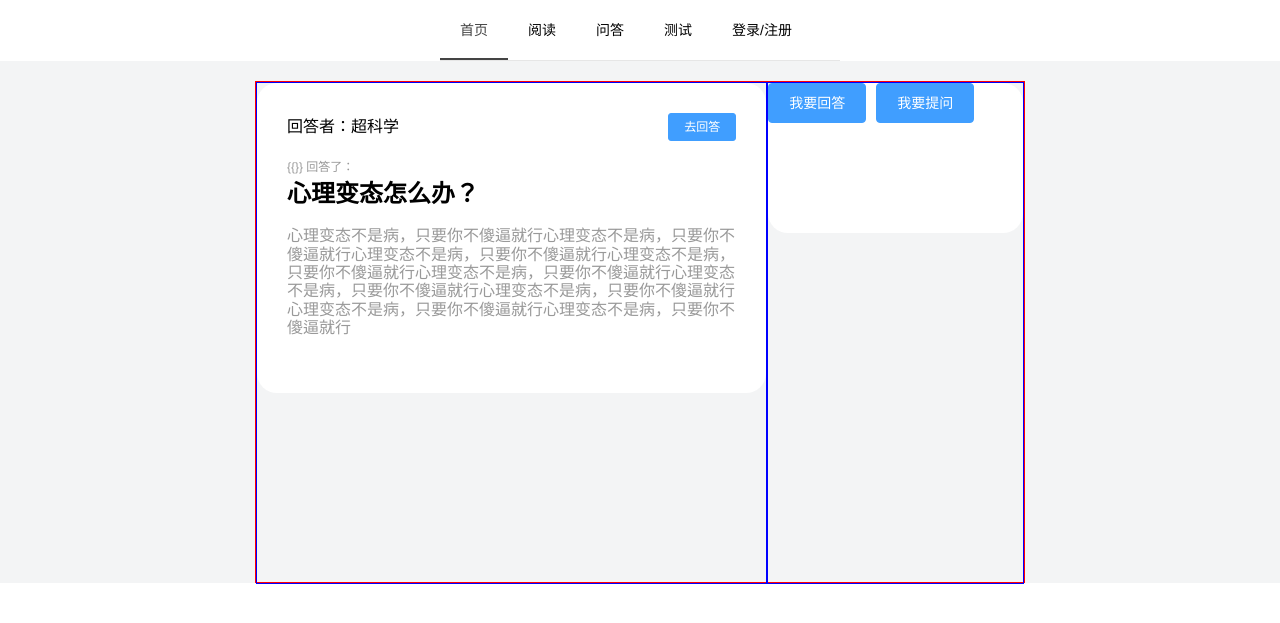
Repository: shengligo/xyx_vue_v1
Page: /qs
An editor plug-in stored every save of this project. The page is shown before and after the next save, followed by the edit.
The browser window is 1280 px wide. The pictures show the whole page.
The project was rebuilt for these pictures with package versions that can differ from the ones it lists, and the page was loaded fresh each time. Also part of the build but not shown: vue.config.js, src/views/home/childComps/Art.vue, src/views/author/authors.vue.

Above is the page before, as saved 2021-09-04 16:18:05.

### public/index.html
<!DOCTYPE html>
<html lang="">
  <head>
    <meta charset="utf-8">
    <meta http-equiv="X-UA-Compatible" content="IE=edge">
    <meta name="viewport" content="width=device-width,initial-scale=1.0">
    <link rel="icon" href="<%= BASE_URL %>favicon.ico">
    <title>project0000001</title>
  </head>
  <body>
    <noscript>
      <strong>We're sorry but <%= htmlWebpackPlugin.options.title %> doesn't work properly without JavaScript enabled. Please enable it to continue.</strong>
    </noscript>
    <div id="app"></div>
    <!-- built files will be auto injected -->
  </body>
</html>

### src/main.js
import Vue from 'vue'
import App from './App.vue'
import router from './router'
import store from './store'
import 'element-ui/lib/theme-chalk/index.css';
import axios from "axios";
axios.defaults.baseURL = "/api"; // http://10.1.2.85:8091/essay
axios.defaults.headers.common["Content-Type"] ="application/json;charset=UTF-8";
axios.defaults.withCredentials = true // 表示跨域请求时是否需要使用凭证
Vue.prototype.$ajax = axios;
import ElementUI from 'element-ui'

Vue.config.productionTip = false
Vue.use(ElementUI)

new Vue({
  router,
  store,
  render: h => h(App)
}).$mount('#app')

### src/App.vue
<template>
  <div id="app">
    <nav-bar ></nav-bar>
    <!-- <carousel></carousel> -->
    <!-- <art></art> -->


    <router-view></router-view>

  </div>
</template>
<script>

import NavBar from './components/common/NavBar'
import Art from '@/views/home/childComps/Art'
// import Carousel from '@/components/common/Carousel'


export default {
  name: "app",
  components:{
    NavBar,
    Art,




  }
};
</script>



<style>
@import url('assets/css/normalize.css');
#app{
  font-family: "Helvetica Neue",Helvetica,"PingFang SC","Hiragino Sans GB","Microsoft YaHei","微软雅黑",Arial,sans-serif;
}



</style>

### src/router/index.js

import Vue from 'vue'
import VueRouter from 'vue-router'
import Auther from '../views/author/authors.vue'

const Home = () => import('../views/home/Home')

const Question = () => import('../views/questions/Question')
const Read = () => import('../views/read/Read')
const Test = () => import('../views/testing/Test')
const Login = () => import('../components/common/login/Login')
const originalPush = VueRouter.prototype.push

VueRouter.prototype.push = function push(location) {
  return originalPush.call(this, location).catch(err => err)
}
// fksdljfkjdsjflsdjlfja
Vue.use(VueRouter)

const routes = [
  {
    path: '/',
    name: 'Home',
    component: Home
  },
  {
    path: '/auther',
    component: Auther
  },
  // {
  //   path: '/home',
  //   name: 'Home',
  //   component: Home
  // },

  {
    path:'/qs',
    name:'Qs',
    component:Question
  },
  {
    path:'/read',
    name:'Read',
    component:Read
  },
  {
    path:'/test',
    name:'Test',
    component:Test
  },
  {
    path:'/login',
    name:'Login',
    component:Login
  }
]

const router = new VueRouter({
  mode: 'history',
  base: process.env.BASE_URL,
  routes
})

export default router

### src/store/index.js
import Vue from 'vue'
import Vuex from 'vuex'

Vue.use(Vuex)

export default new Vuex.Store({
  state: {
    activeIndex:'1',
    baceUrl: 'http://10.1.2.85:8091/'
  },
  mutations: {
    ChangeActive (state,index) {
      // console.log(state,index)
      state.activeIndex = index
    }
  },
  actions: {
  },
  modules: {
  }
})

### src/components/common/NavBar.vue
<template>
  <div>
     <div class="nav">

       <el-menu
          :default-active="$store.state.activeIndex"
          class="el-menu-demo"
          mode="horizontal"
          text-color="#000000"
          active-text-color="#444444"
        >
          <el-menu-item index="1" @click="itemclick">首页</el-menu-item>
          <el-menu-item index="2" @click="itemclick2">阅读</el-menu-item>
          <el-menu-item index="3" @click="itemclick3">问答</el-menu-item>
          <el-menu-item index="4" @click="itemclick4">测试</el-menu-item>
          <el-menu-item index="5" @click="itemclick5">登录/注册</el-menu-item>
        </el-menu>

     </div>

  </div>
</template>

<script>


export default {

  name: "navbar",
  data() {
    return {
    }
  },
  methods:{
    itemclick(){
      console.log('itemclick');
      this.$router.push("/")
    },
    itemclick2(){
      this.$router.push("/read")
    },
    itemclick3(){
      this.$router.push("./qs")
    },
    itemclick4(){
      this.$router.push('./test')
    },
    itemclick5(){
      this.$router.push('/login')
    }

  },

};
</script>

<style scoped>
.nav{

  margin: 0 auto;
  /* background-color: rgba(217, 221, 221, 0.918);
   */
   /* background-color: #5880A9; */
  padding: 0;


}
.nav>.el-menu{
  width: 400px;
  margin: 0 auto;
  /* background-color: rgba(217, 221, 221, 0.918); */
}

</style>

### src/views/questions/Question.vue
<template>
  <div id="question">
    <div class="bodyCenter">
      <div class="bodyright">
        <div v-for="(item,index) in results" :key="index" class="rightbox">

          <div>
            <div class="answerer">
              <span>回答者：{{item.answerer}}</span>
              <el-button type="primary" size="mini">去回答</el-button>
            </div>
            <div class="time">{{}} 回答了：</div>
            <h2 class="title">{{item.title}}</h2>
            <div class="answerContent">{{item.answerContent}}</div>
          </div>
        </div>
      </div>
      <div class="bodyleft">
        <div class="leftbox">
          <el-button type="primary" >我要回答</el-button>
          <el-button type="primary" >我要提问</el-button>

        </div>
      </div>
    </div>
  </div>
</template>

<script>
export default {
  name: "question",
  data() {
    return {
      results: [
        {
          title: "心理变态怎么办？",
          quizzer: "花开富贵",
          quizContent: "心理超级变态是不是没救了",
          quizType: null,
          status: null,
          label: null,
          answerer: "超科学",
          answerContent:
            "心理变态不是病，只要你不傻逼就行心理变态不是病，只要你不傻逼就行心理变态不是病，只要你不傻逼就行心理变态不是病，只要你不傻逼就行心理变态不是病，只要你不傻逼就行心理变态不是病，只要你不傻逼就行心理变态不是病，只要你不傻逼就行心理变态不是病，只要你不傻逼就行心理变态不是病，只要你不傻逼就行",
          likePoint: 0
        }
      ]
    };
  }
};
</script>

<style scoped>
#question {
  width: 100%;
  height: 100%;
  padding-top: 20px;
  background-color: rgb(243, 244, 245);
}
.bodyCenter {
  width: 60%;
  height: 500px;
  margin: 0 auto;
  display: flex;
  border: 1px solid red;
}
.bodyright {
  border: 1px solid blue;
  /* width: 40%; */
  flex: 2;
  height: 500px;
}
.bodyleft {
  border: 1px solid blue;
  /* width: 20%; */
  flex: 1;
  height: 500px;
}
.rightbox {
  height: 250px;
  width: calc(100% - 60px);
  padding: 30px;
  border-radius: 20px;
  background-color: #fff;
}
.answerer {
  display: flex;
  justify-content: space-between;
  line-height: 28px;
}
.time {
  margin-top: 20px;
  font-size: 12px;
  color: #999;
}
.title {
  margin-top: 5px;
}
.answerContent {
  color: #999;
}
.leftbox {
  height: 150px;
  border-radius: 20px;
  background-color: #fff;
}
</style>

Loaded but not shown: src/assets/css/normalize.css (library)

After the next save:
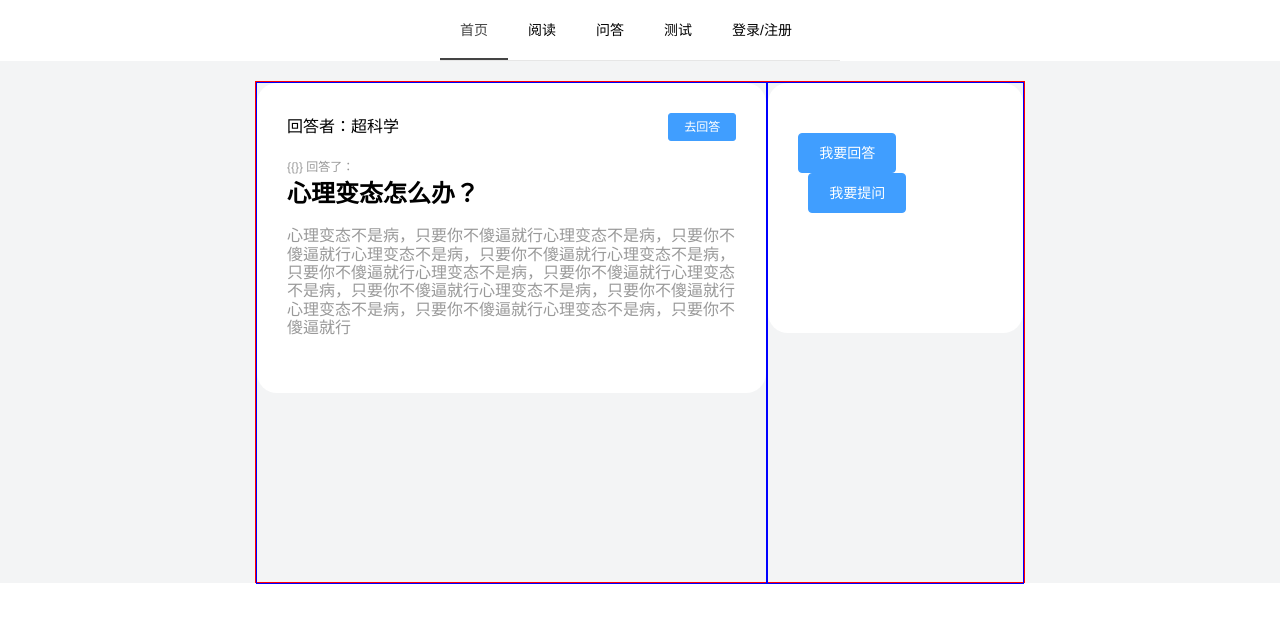
Saved 48 s later.
--- a/src/views/questions/Question.vue
+++ b/src/views/questions/Question.vue
@@ -100,6 +100,7 @@ export default {
   color: #999;
 }
 .leftbox {
+  padding: 50px 30px;
   height: 150px;
   border-radius: 20px;
   background-color: #fff;
